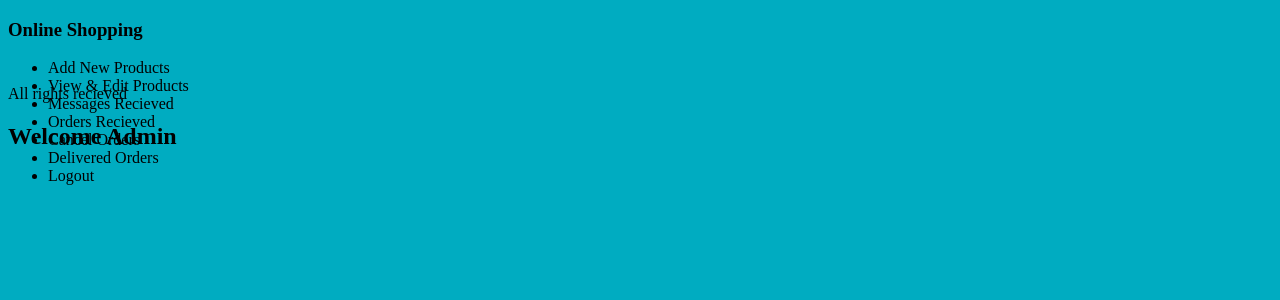
Repository: NidhiDaniel/E-Cart
Page: http://localhost/Online-Shopping-Cart/admin/adminhome.jsp
The author's editor kept a copy of each file at every save. The page is drawn from the files as they stood at one save, then again after the next save.
The browser window is 1280 px wide. The pictures show the whole page.
The page is served by Tomcat 9.

Above is the page before, as saved 2024-01-05 07:48:07.

After the next save:
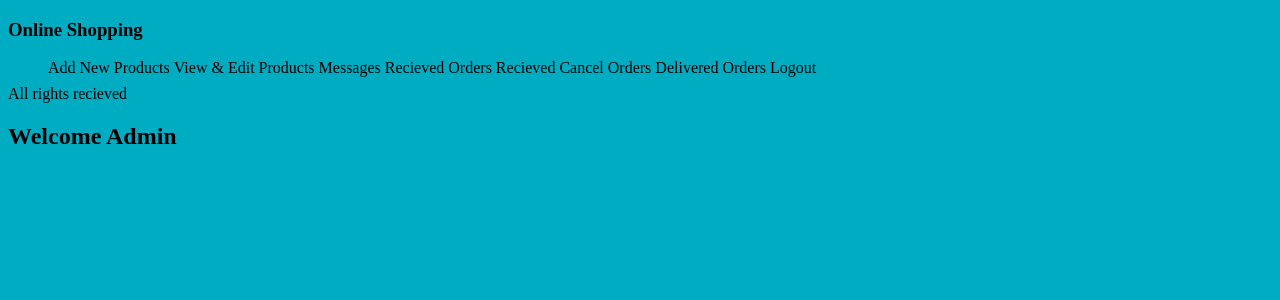
Saved 104 s later.
--- a/Online-Shopping-Cart/src/main/webapp/css/header.css
+++ b/Online-Shopping-Cart/src/main/webapp/css/header.css
@@ -6,3 +6,7 @@ body{
 	width: auto;
 	height: 50px;
 }
+.header ul li{
+	list-style: none;
+	display: inline-block;
+}
